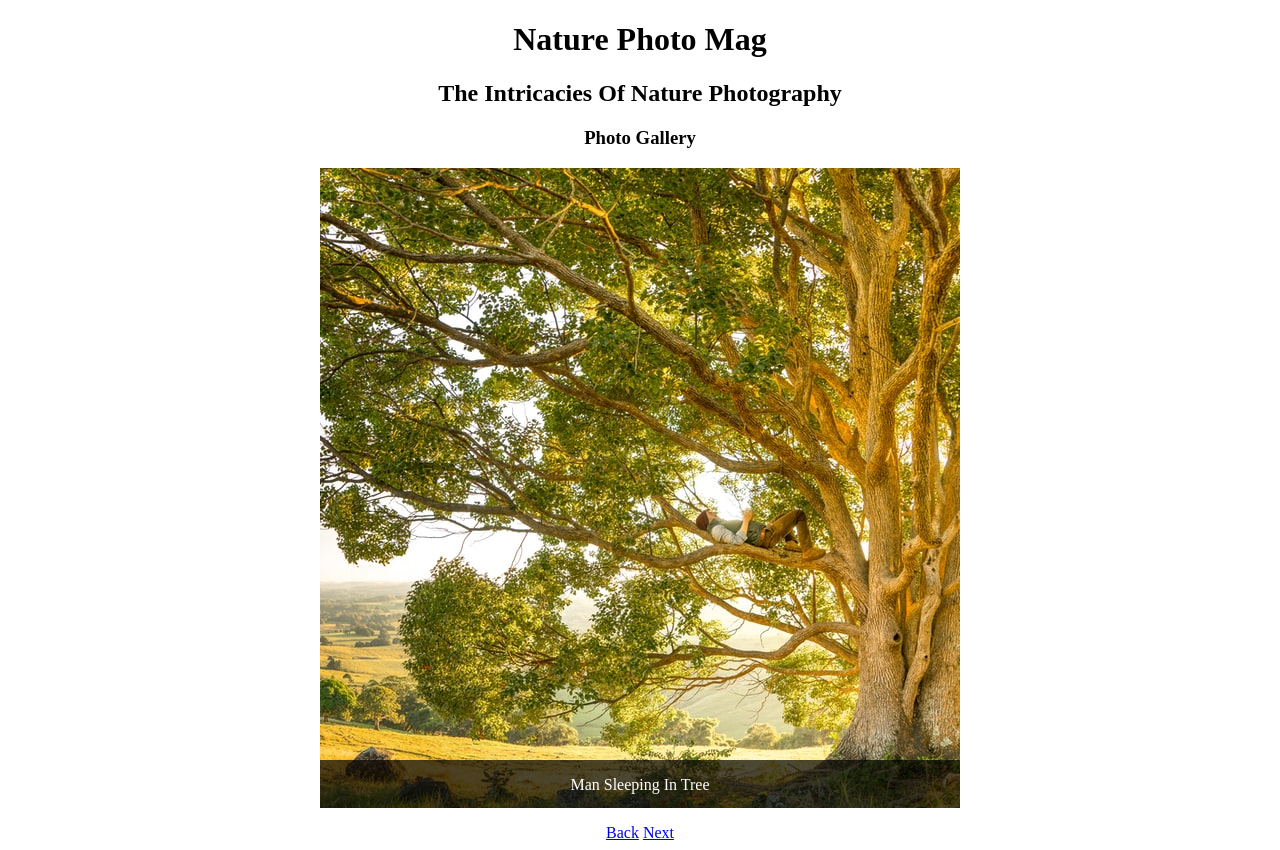
Repository: alexmaddux99/Image-Gallery
Page: index.html
These files come from the project's save history. The page is drawn as it stood at one moment and after the next save; the edit follows.
The browser window is 1280 px wide. The pictures show the whole page.

Above is the page before, as saved 2022-03-08 13:34:24.

After the next save:
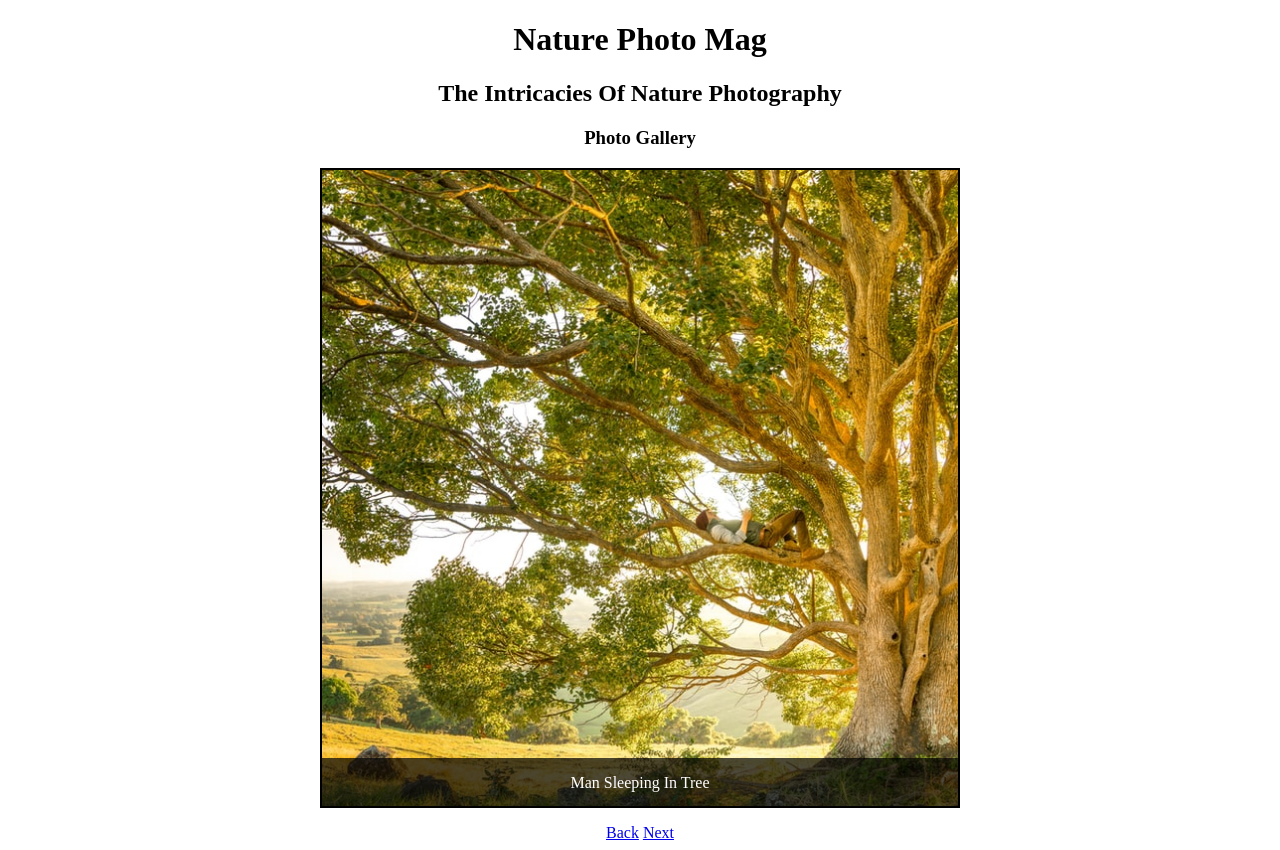
Saved 17 s later.
--- a/css/main.css
+++ b/css/main.css
@@ -12,7 +12,7 @@ section {
 }
 
 .frame {
-  border: black;
+  border: solid 2px;
   position:relative;
   max-width:640px;
   height:640px;
